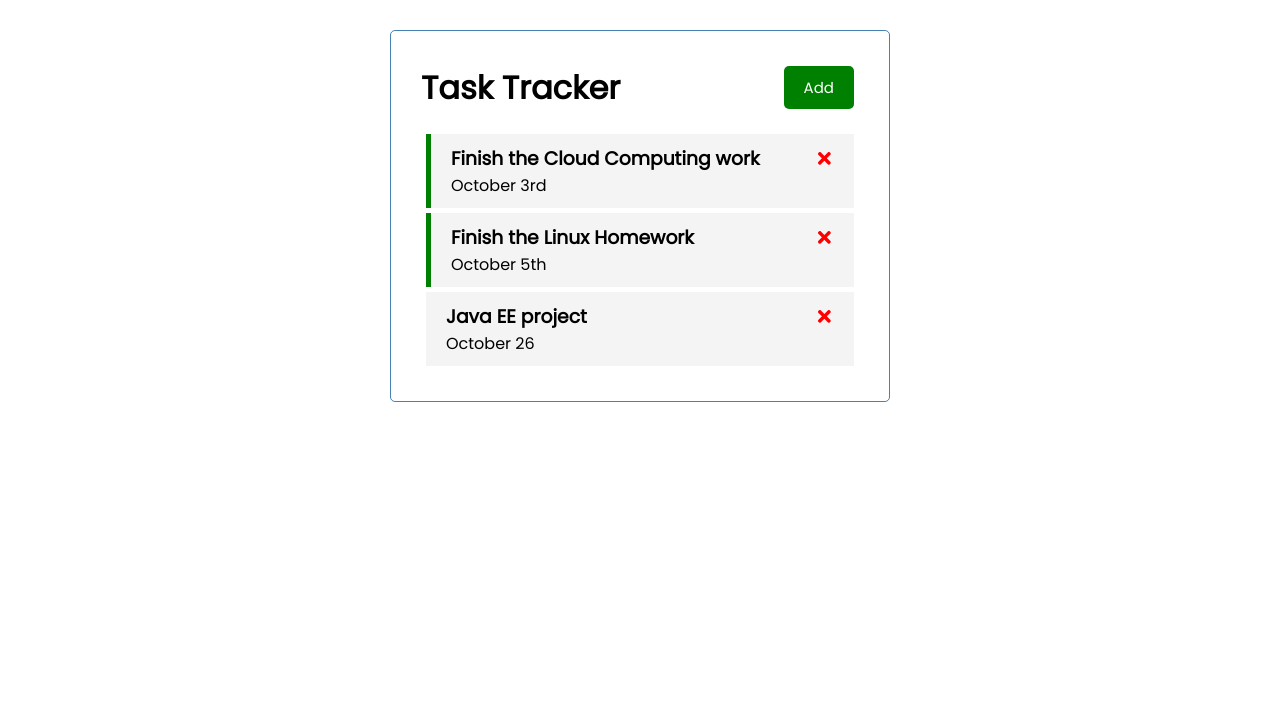
Repository: ds-mbappe/react-task-tracker
Page: /
The author's editor kept a copy of each file at every save. The page is drawn from the files as they stood at one save, then again after the next save.
The browser window is 1280 px wide. The pictures show the whole page.
The project was rebuilt for these pictures with package versions that can differ from the ones it lists, and the page was loaded fresh each time.

Above is the page before, as saved 2021-10-01 10:58:20.

After the next save:
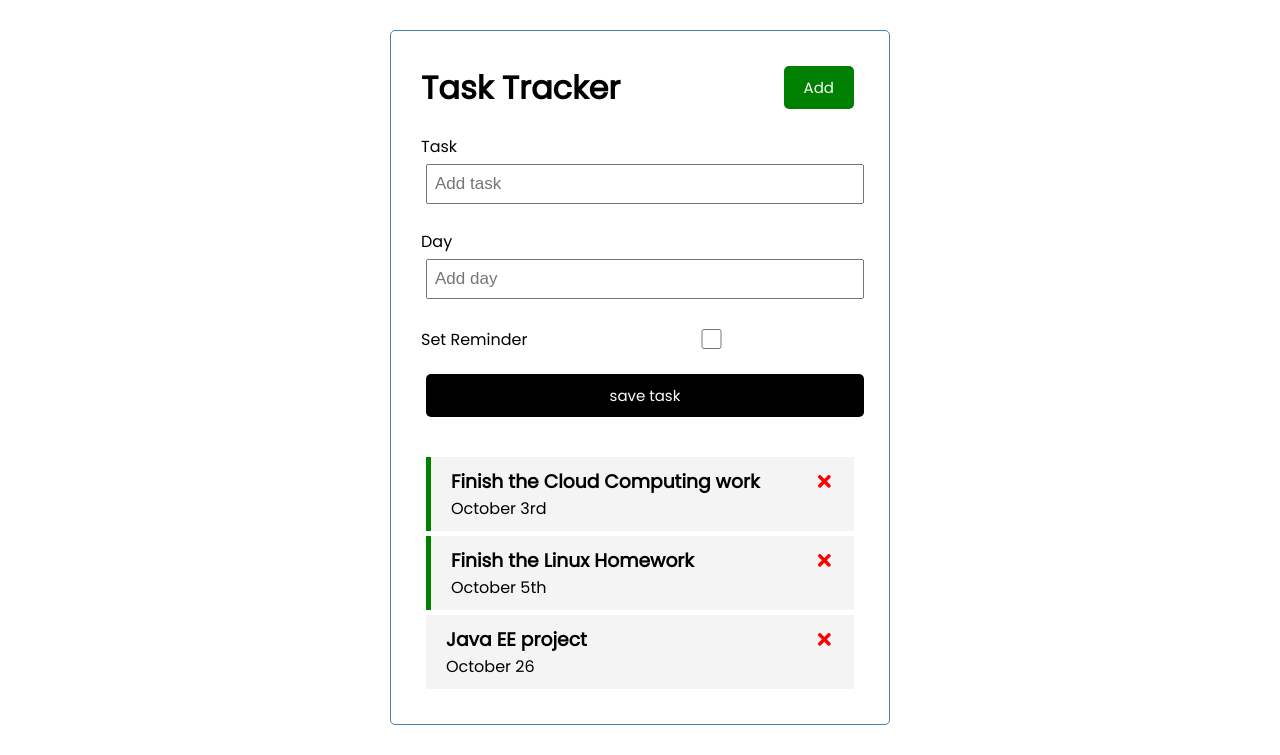
Saved 2 min 22 s later.
--- a/src/App.js
+++ b/src/App.js
@@ -4,7 +4,7 @@
 import AddTask from "./components/AddTask";
 
 const App = () => {
-  const [showAddTask, setShowAddTask] = useState(false)
+  const [showAddTask, setShowAddTask] = useState(true)
   const [tasks, setTasks] = useState(
     [
       {

After the 2 saves that followed:
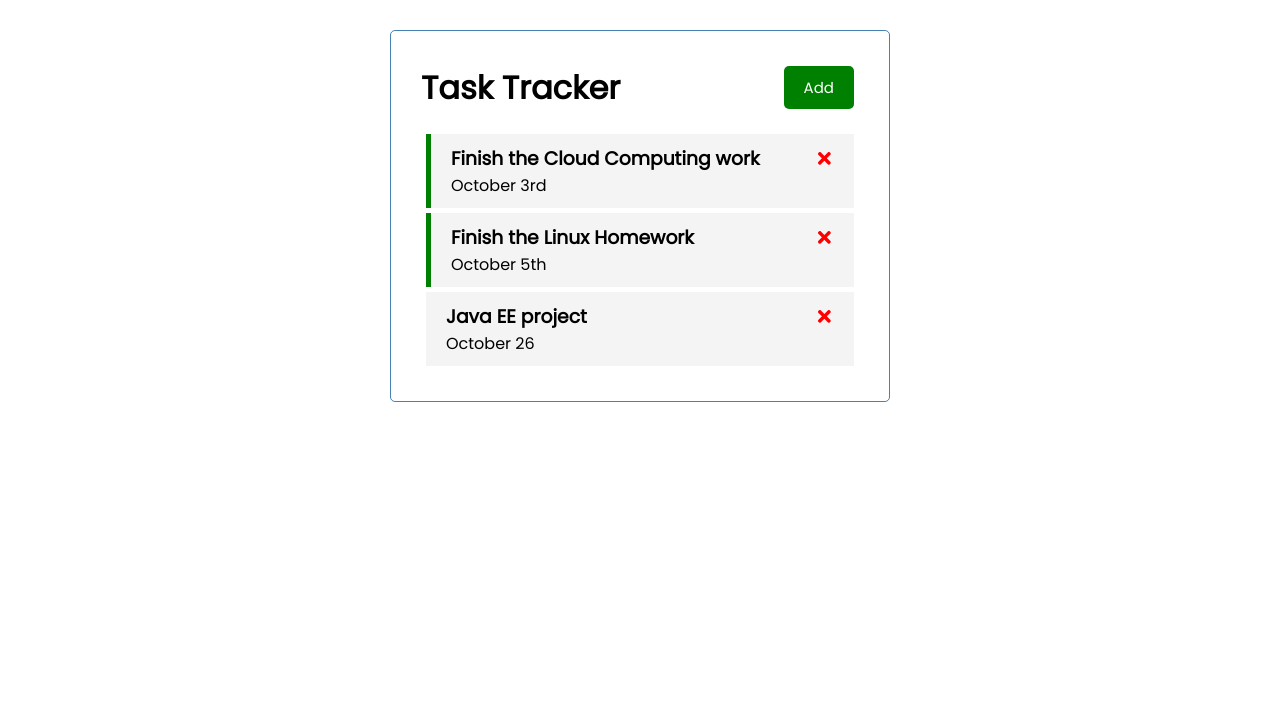
The 2 saves are shown as one change because 1 left the picture as it was.
The last was saved 3 min 14 s later.
--- a/src/App.js
+++ b/src/App.js
@@ -4,7 +4,7 @@
 import AddTask from "./components/AddTask";
 
 const App = () => {
-  const [showAddTask, setShowAddTask] = useState(true)
+  const [showAddTask, setShowAddTask] = useState(false)
   const [tasks, setTasks] = useState(
     [
       {
--- a/src/components/AddTask.js
+++ b/src/components/AddTask.js
@@ -8,7 +8,7 @@ const AddTask = ({onAdd}) => {
     const onSubmit = (e) => {
         e.preventDefault()
         if (!text) {
-            alert("Please add a task")
+            alert("Please add a task!")
             return
         }
 
